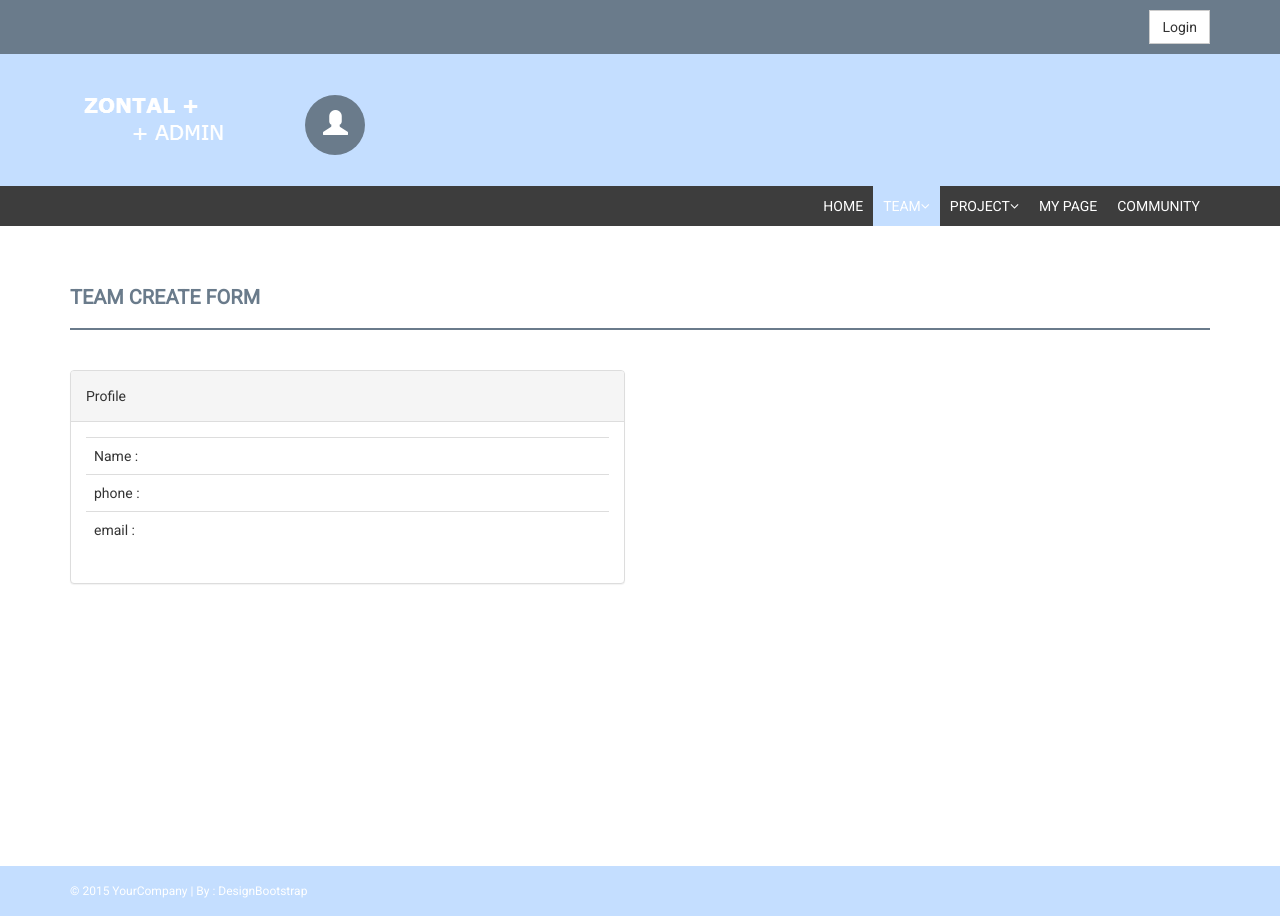
Repository: hwju91/skuniv
Page: http://localhost/0903.2/WEB-INF/jsp/mypage/profilemain.jsp
The author's editor kept a copy of each file at every save. The page is drawn from the files as they stood at one save, then again after the next save.
The browser window is 1280 px wide. The pictures show the whole page.
The page is served by Tomcat 9. Nobody is signed in. The template is opened directly, without the code that normally fills it, so the values that code supplies are empty.

Above is the page before, as saved 2016-09-09 15:59:25.

After the next save:
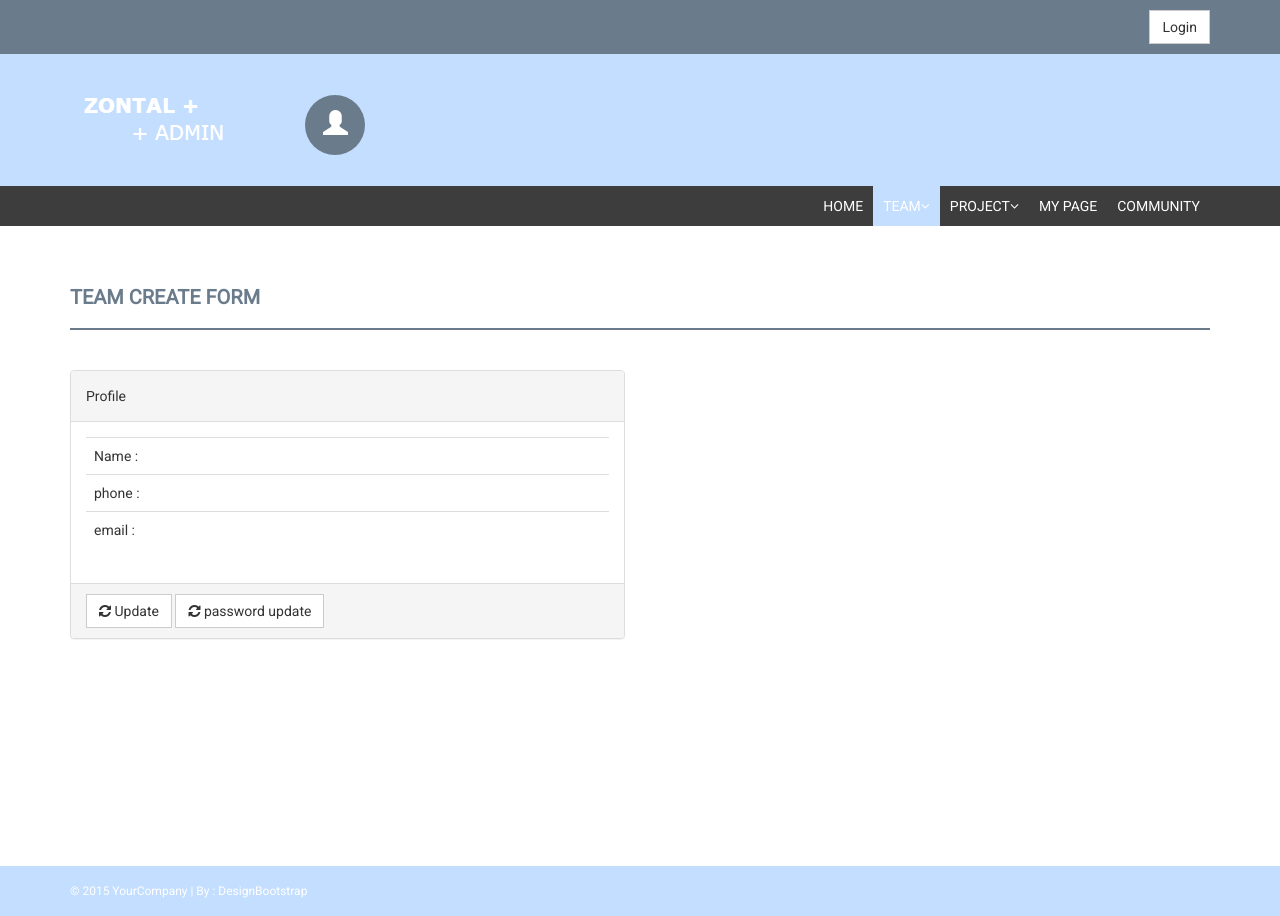
Saved 53 s later.
--- a/0903.2/WebContent/WEB-INF/jsp/mypage/profilemain.jsp
+++ b/0903.2/WebContent/WEB-INF/jsp/mypage/profilemain.jsp
@@ -49,6 +49,11 @@
                                 </table>
                             </div>
                         </div>
+
+                         <div class="panel-footer">
+                            <a href="profileupdateform" class="btn btn-default"><i class=" fa fa-refresh "></i> Update</a>
+                            <a href="passwordupdateform?" class="btn btn-default"><i class=" fa fa-refresh "></i> password update</a>
+                        </div>
 		</div>
 	</div>
 
